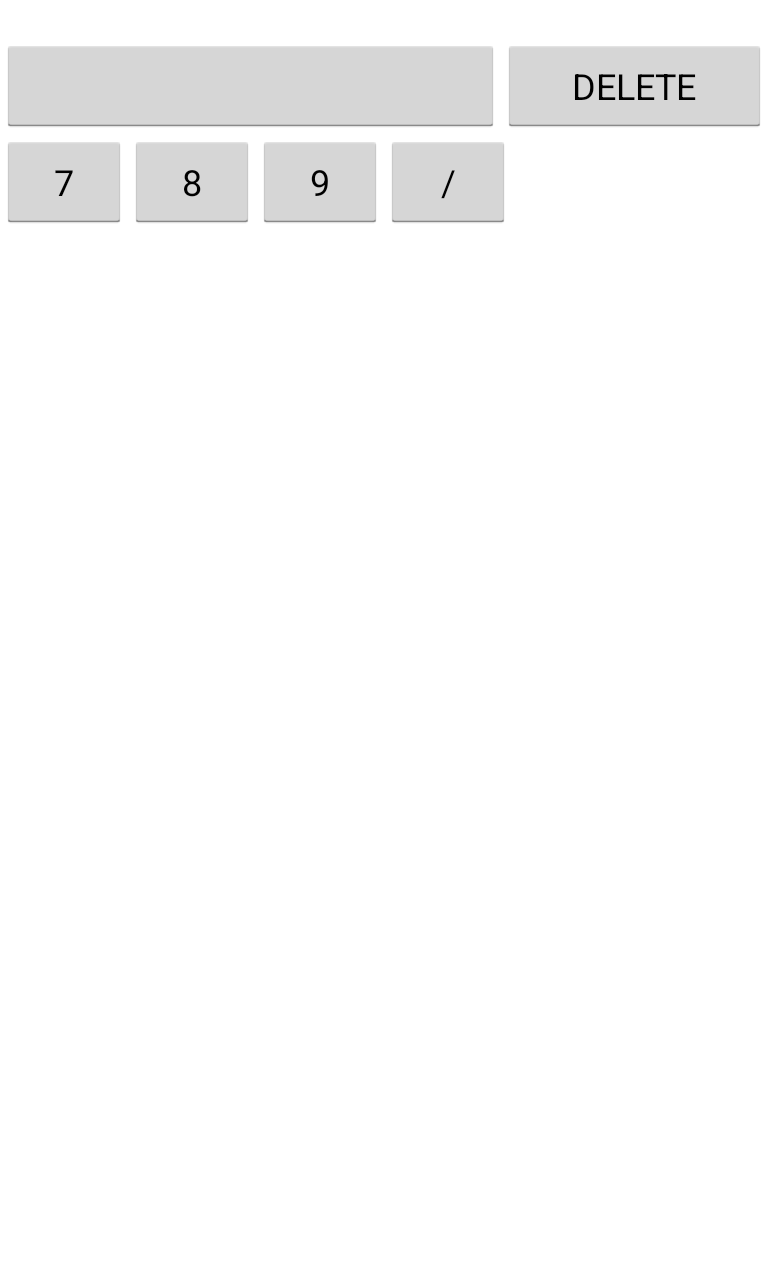
Repository: iracom/ejercicios-android
Layout: Calculadora/res/layout/activity_main.xml
An editor plug-in stored every save of this project. The layout is shown before and after the next save, followed by the edit.
It is drawn on a 768 x 1280 px phone screen (xhdpi) without system bars, with theme AppTheme; the app's code is not run.

Above is the layout before, as saved 2014-05-07 09:57:54.

### Calculadora/res/layout/activity_main.xml
<LinearLayout xmlns:android="http://schemas.android.com/apk/res/android"
    xmlns:tools="http://schemas.android.com/tools"
    android:id="@+id/container"
    android:layout_width="match_parent"
    android:layout_height="match_parent"
    android:orientation="vertical">

    <TextView
        android:id="@+id/textView1"
        android:layout_width="match_parent"
        android:layout_height="wrap_content"
        android:text="" />

    <LinearLayout
        android:layout_width="match_parent"
        android:layout_height="wrap_content"
        android:orientation="horizontal" >

        <Button
            android:id="@+id/button2"
            android:layout_width="wrap_content"
            android:layout_height="wrap_content"
            android:layout_weight="4"
            android:text=""
            android:clickable="false"/>

        <Button
            android:id="@+id/btn_delete"
            android:layout_width="wrap_content"
            android:layout_height="wrap_content"
            android:layout_weight="1"
            android:text="@string/borrar" />

    </LinearLayout>

    <LinearLayout
        android:layout_width="match_parent"
        android:layout_height="wrap_content"
        android:orientation="horizontal" >

        <Button
            android:id="@+id/btn_7"
            android:layout_width="wrap_content"
            android:layout_height="wrap_content"
            android:text="@string/siete" />

        <Button
            android:id="@+id/btn_8"
            android:layout_width="wrap_content"
            android:layout_height="wrap_content"
            android:text="@string/ocho" />

        <Button
            android:id="@+id/btn_9"
            android:layout_width="wrap_content"
            android:layout_height="wrap_content"
            android:text="@string/nueve" />

        <Button
            android:id="@+id/btn_div"
            android:layout_width="wrap_content"
            android:layout_height="wrap_content"
            android:text="@string/div" />

    </LinearLayout>

</LinearLayout>

### Calculadora/res/values/strings.xml
<?xml version="1.0" encoding="utf-8"?>
<resources>

    <string name="app_name">Calculadora</string>
    <string name="hello_world">Hello world!</string>
    <string name="action_settings">Settings</string>
    <string name="borrar">DELETE</string>
    <string name="uno">1</string>
    <string name="dos">2</string>
    <string name="tres">3</string>
    <string name="cuatro">4</string>
    <string name="cinco">5</string>
    <string name="seis">6</string>
    <string name="siete">7</string>
    <string name="ocho">8</string>
    <string name="nueve">9</string>
    <string name="cero">0</string>
    <string name="sum">+</string>
    <string name="res">-</string>
    <string name="mul">x</string>
    <string name="div">/</string>
    <string name="igual">=</string>
    <string name="punto">.</string>

</resources>

Loaded but not shown: Calculadora/res/values/styles.xml (common file); Calculadora/res/values-v11/styles.xml (common file); Calculadora/res/values-v14/styles.xml (common file)

After the next save:
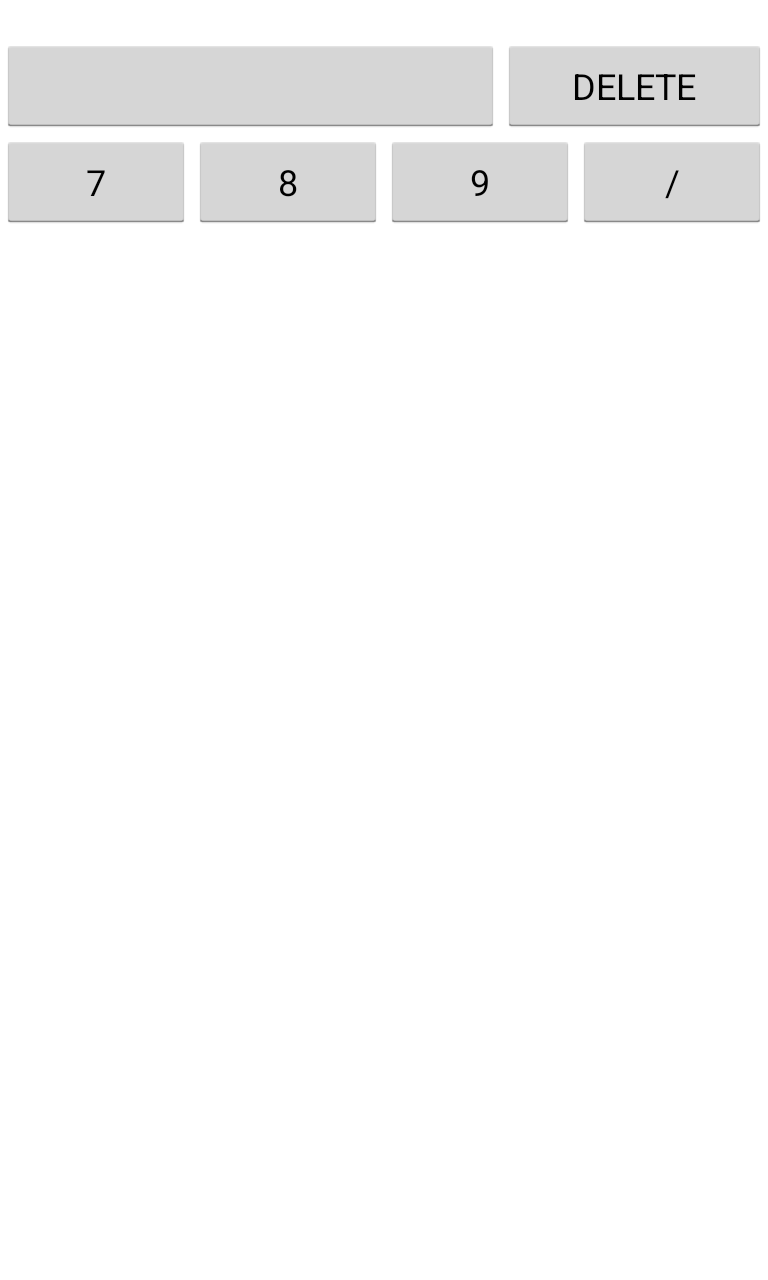
Saved 24 s later.
--- a/Calculadora/res/layout/activity_main.xml
+++ b/Calculadora/res/layout/activity_main.xml
@@ -42,24 +42,28 @@
             android:id="@+id/btn_7"
             android:layout_width="wrap_content"
             android:layout_height="wrap_content"
+            android:layout_weight="1"
             android:text="@string/siete" />
 
         <Button
             android:id="@+id/btn_8"
             android:layout_width="wrap_content"
             android:layout_height="wrap_content"
+            android:layout_weight="1"
             android:text="@string/ocho" />
 
         <Button
             android:id="@+id/btn_9"
             android:layout_width="wrap_content"
             android:layout_height="wrap_content"
+            android:layout_weight="1"
             android:text="@string/nueve" />
 
         <Button
             android:id="@+id/btn_div"
             android:layout_width="wrap_content"
             android:layout_height="wrap_content"
+            android:layout_weight="1"
             android:text="@string/div" />
 
     </LinearLayout>
